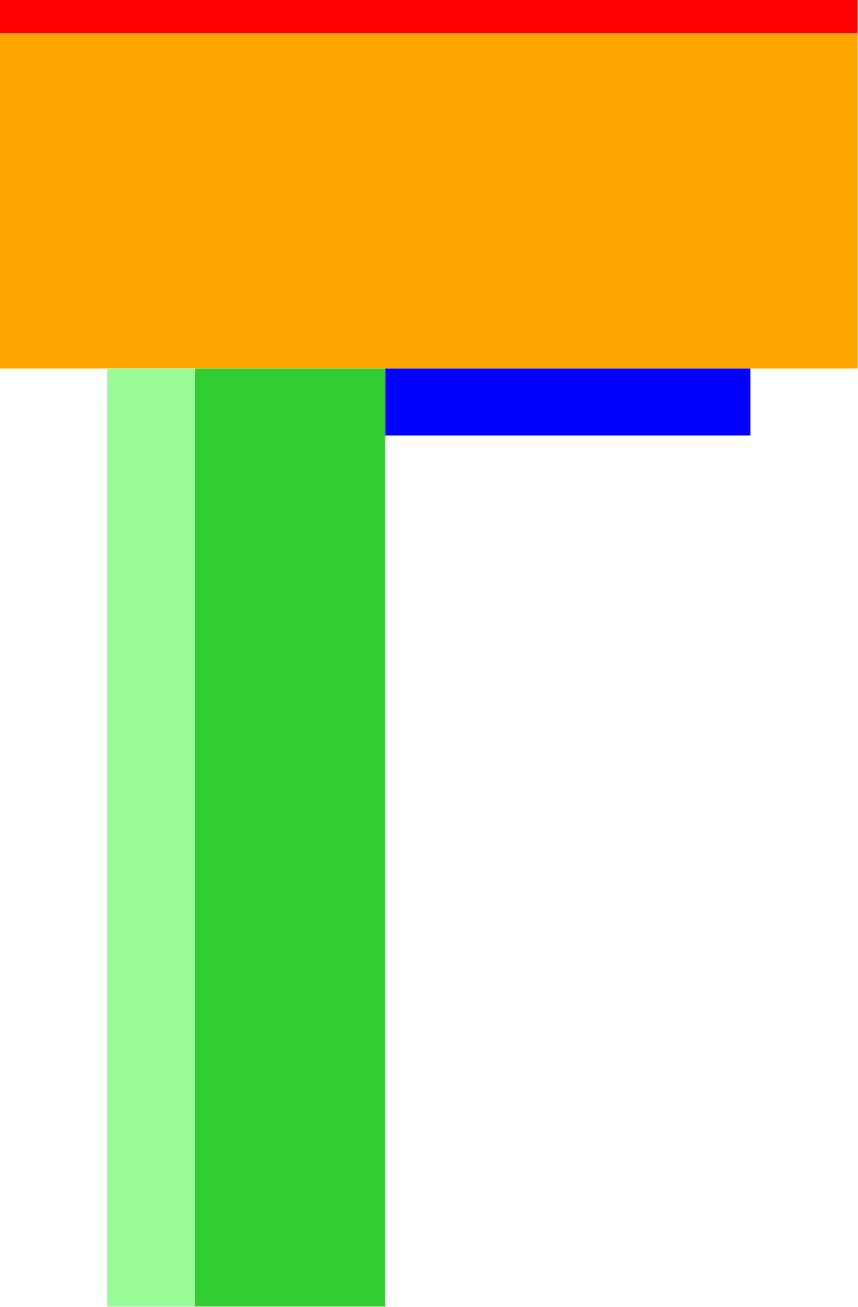
Repository: arisa6/html-practice
Page: chapter4_exercise/index.html
The author's editor kept a record of every edit. The page is drawn from the files as they stood at one moment, then again after the next edit.
The browser window is 1280 px wide. The pictures show the whole page, at 67% of full size.

Above is the page before.

### chapter4_exercise/index.html
<!DOCTYPE html>
<html>
    <head>
        <meta charset="UTF-8" />
        <link rel="stylesheet" href="style.css" />
        <title>4章演習</title>
    </head>

    <body>
        <div class="header">

        </div>

        <div class="main-visual"></div>

        <div class="main">
            <div class="sideber-left"></div>
            <div class="blog"></div>
        <div class="footer"></div>
    </body>
</html>

### chapter4_exercise/style.css
* {
    margin: 0;
    padding: 0;
    box-sizing: border-box;
}

.header {
    width: 100%;
    height: 50px;
    background-color: red;
}

.main-visual {
    width: 100%;
    height: 500px;
    background-color: orange;
}

.main {
    width: 960px;
    margin: 0 auto;
    display: flex;
    justify-content: center;
}

.sideber-left {
    width: 230px;
    height: 1400px;
    background-color: palegreen;
}

.blog {
    width:500px;
    height: 1400px;
    background-color: limegreen;
}

.sideber-right {
    width: 230px;
    height: 1400px;
    background-color: palegreen;
}

.footer {
    width: 100%;
    height: 100px;
    background-color: blue;
}

After the next edit:
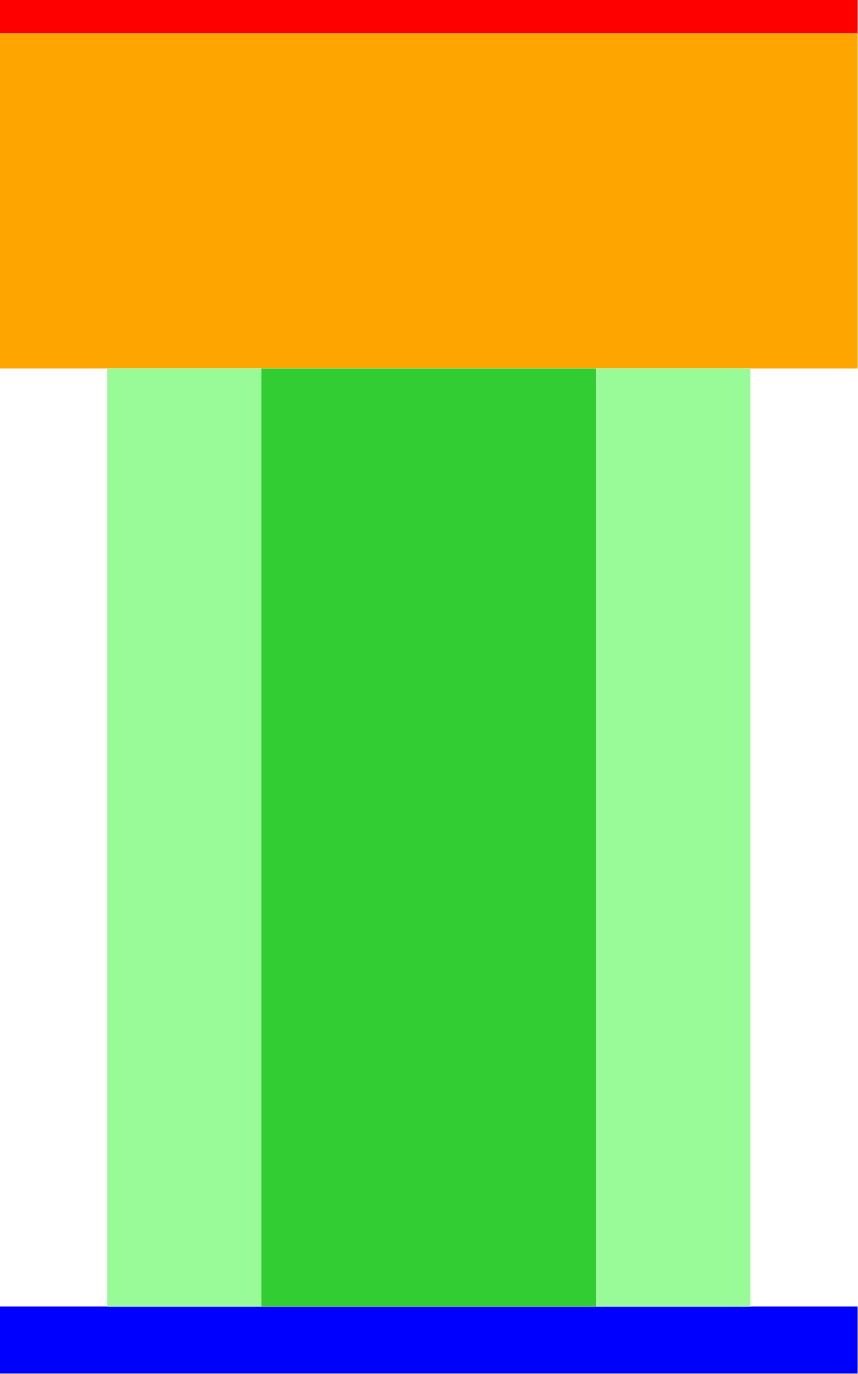
The edit:
--- a/chapter4_exercise/index.html
+++ b/chapter4_exercise/index.html
@@ -16,6 +16,9 @@
         <div class="main">
             <div class="sideber-left"></div>
             <div class="blog"></div>
+            <div class="sideber-right"></div>
+        </div>
+
         <div class="footer"></div>
     </body>
 </html>
